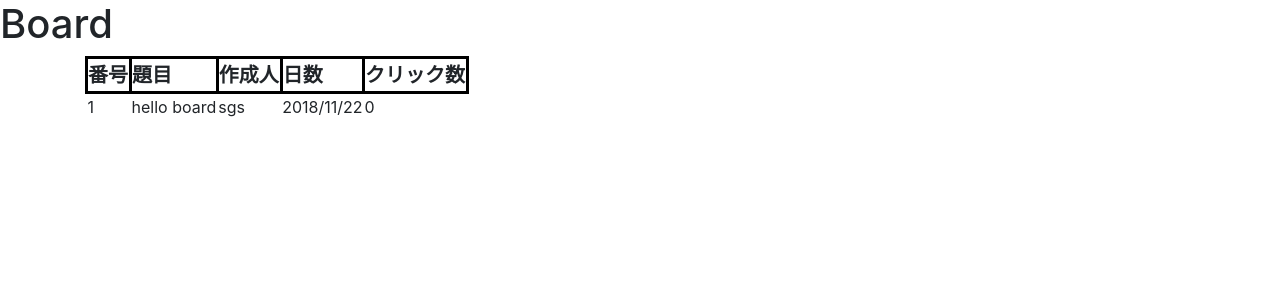
Repository: songgisung/study_web
Page: 20181126/test/board/WebContent/board.html
The author's editor kept a copy of each file at every save. The page is drawn from the files as they stood at one save, then again after the next save.
The browser window is 1280 px wide. The pictures show the whole page.

Above is the page before, as saved 2018-11-22 08:45:02.

After the next save:
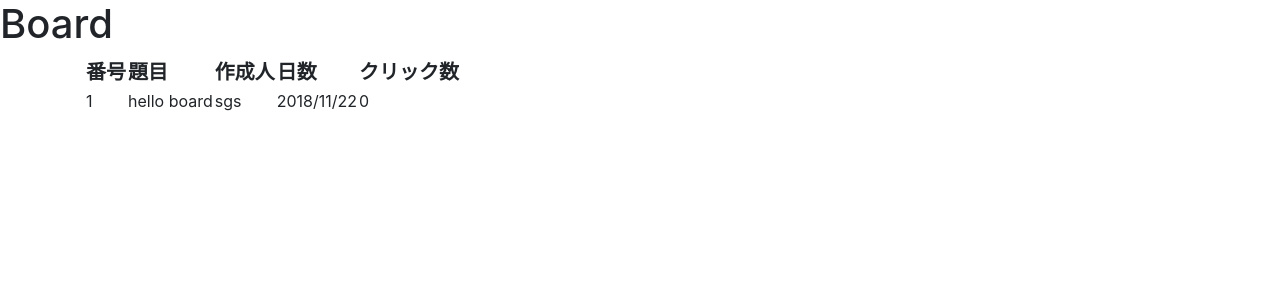
Saved 3 days later.
--- a/20181126/test/board/WebContent/css/board.css
+++ b/20181126/test/board/WebContent/css/board.css
@@ -6,6 +6,9 @@
 	font-size: 20px;
 }
 .cell{
+
+}
+>.table_.th{
 	padding-left: 0px;
 	margin:10px;
 	border:3px black solid;
